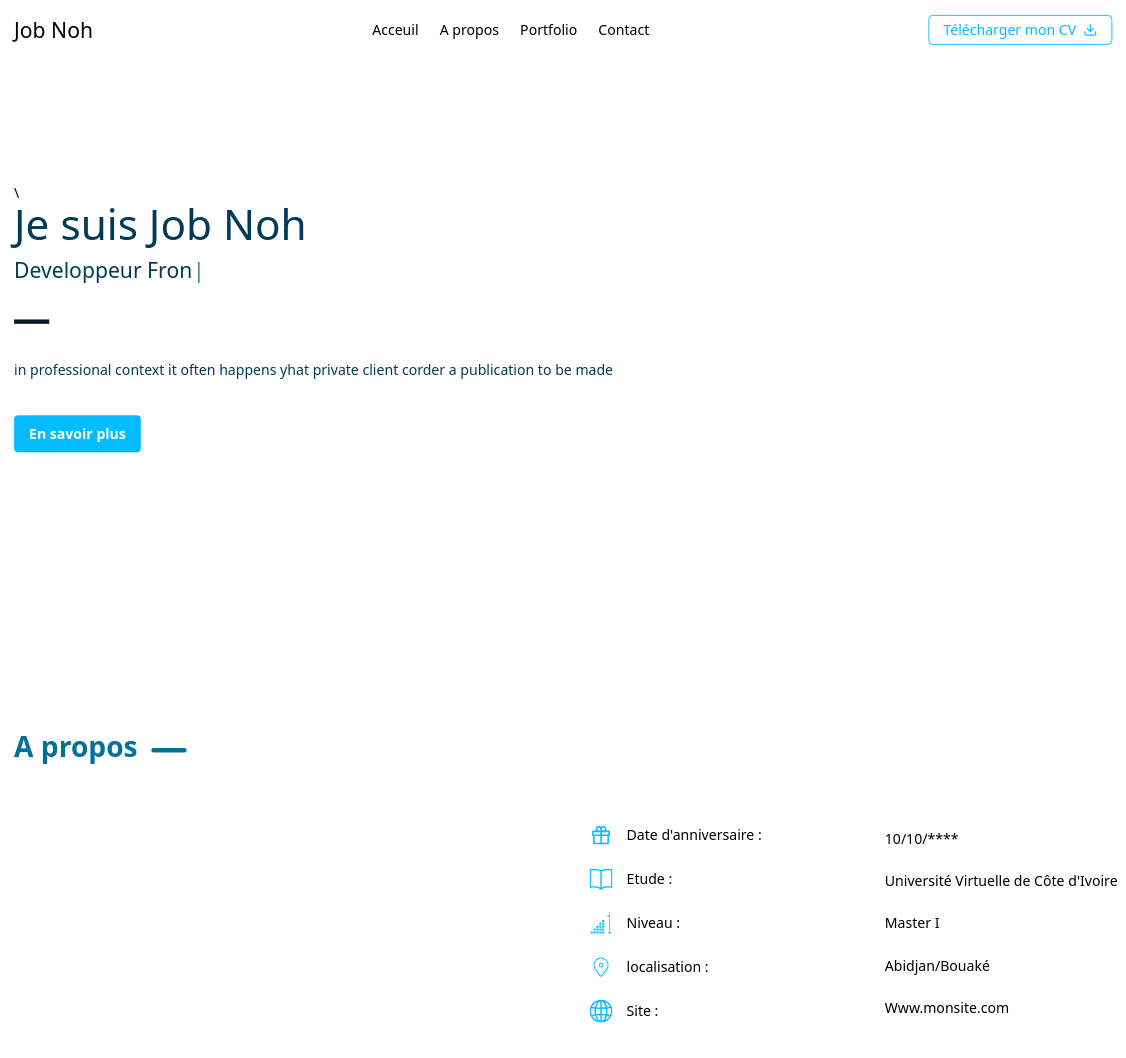
Repository: anoy1010/Nextportfolio
Page: /
An editor plug-in stored every save of this project. The page is shown before and after the next save, followed by the edit.
The browser window is 1280 px wide. The pictures show the whole page, at 88% of full size.
Backgrounds fixed to the window are drawn as part of the page. The project was rebuilt for these pictures with package versions that can differ from the ones it lists, and the page was loaded fresh each time. The framework's server and built-in components were replaced by stand-ins that run in the browser. Also part of the build but not shown: next.config.js, styles/Home.module.css.

Above is the page before, as saved 2023-03-06 17:54:14.

### pages/index.js
import Head from 'next/head'
import Image from 'next/image'
import { Inter } from '@next/font/google'
import styles from '../styles/Home.module.css'
import Navbar from '../components/Navbar'
import Hero from '../components/Hero'
import About from '../components/About'
const inter = Inter({ subsets: ['latin'] })

export default function Home() {
  return (
    <>
      <Head>
        <title>Portfolio | Noh Job</title>
        <meta name="description" content="Generated by create next app" />
        <meta name="viewport" content="width=device-width, initial-scale=1" />
        <link rel="icon" href="/favicon.ico" />
      </Head>

      <header>
        < Navbar />
      </header>

      <main>
        <Hero />
        <About/>
      </main>

    </>
  )
}

### styles/globals.css
@tailwind base;
@tailwind components;
@tailwind utilities;

@layer components {
  .btn{
    @apply bg-[#04bbff] text-white py-2 px-4 rounded inline-block mt-10 font-bold border border-[#04bbff] hover:bg-transparent hover:text-[#04bbff] transition duration-200
  }
}

### components/Navbar.js
import Link from 'next/link'
import React from 'react'
import {FiDownload} from 'react-icons/fi'
import {RiMenu5Line} from 'react-icons/ri'

const Navbar = () => {
  return (
    <div className='bg-white fixed top-0 w-[100%] z-10 '>
        <div className='container mx-auto flex justify-between items-center py-4 px-4'>
            <div className='text-[24px]'>Job Noh</div>

            <div className='hidden md:flex gap-6'>

                <Link href='/Acceuil' className='hover:text-[#04bbff]'>
                    Acceuil
                </Link>
                <Link href='/A propos' className='hover:text-[#04bbff]' >
                    A propos
                </Link>
                <Link href='/Portfolio' className='hover:text-[#04bbff]'>
                    Portfolio
                </Link>
                <Link href='/Contact' className='hover:text-[#04bbff]'>
                    Contact
                </Link>



            </div>

            <a href='#' className='hidden  md:flex border border-[#04bbff] px-4 py-1 text-[#04bbff] rounded-[5px] items-center gap-2 hover:bg-[#04bbff] hover:text-white transition duration-200 '>
                Télécharger mon CV
                <FiDownload/>
                </a>

            <div className='md:hidden text-[24px] '>
                <RiMenu5Line/>
            </div>
        </div>
    </div>
  )
}

export default Navbar

### components/Hero.js
import React from 'react'

import Typewriter, { TypewriterClass } from "typewriter-effect"
import Button from '../components/Button'

const Hero = () => {
  return (
    <div className='bg-[url("")] h-screen bg-cover bg-center bg-fixed flex items-center'>
        <div className='container mx-auto px-4'>\
            <div className='max-x-[450px] text-[#003c57] flex flex-col gap-[40px]'>
                <div>
                    <h1 className='text-5xl'>
                        Je suis Job Noh
                    </h1>
                    <h4 className=' text-2xl mt-3'>
                        <Typewriter
                            options = {{
                                strings: [
                                    "Developpeur Front-end",
                                    "Developpeur Back-end",
                                    "Analyste de donnée",
                                    "Chef de projet",
                                    "Graphic designer",
                                    "Developpeur mobile"
                                ],
                                changeDelay:3,
                                changeDeleteSpeed:2,
                                autoStart:true,
                                loop:true,
                            }}
                        />
                    </h4>
                </div>

                <div className='bg-[#051c24] h-[5px] w-[40px] '>
                </div>

                <div>
                    <p>
                    in professional context it often happens yhat private client
                    corder a publication to be made
                    </p>
                    <Button link="#" text="En savoir plus" />
                </div>

            </div>

        </div>
    </div>
  )
}

export default Hero

### components/About.js
import React from 'react'
import Heading from './Heading'


import {AiOutlineGift} from 'react-icons/ai'
import {TfiBook} from 'react-icons/tfi'
import {SlGlobe} from 'react-icons/sl'
import {CiLocationOn} from 'react-icons/ci'
import {GiLevelEndFlag} from 'react-icons/gi'

const About = () => {
  return (
    <section className='container mx-auto py-10 px-4'>

        <Heading title="A propos"/>

        <div className='grid grid-cols-1 md:grid-cols-2 gap-[60px]'>

            <div>
                <img className='w-[400px]' src="/" alt="" />
            </div>
            <div>
                <div className='flex items-center justify-between w-[600px]'>
                    <div className='flex flex-col gap-6'>

                        <div className='flex gap-4 items-center font-medium '>
                            <AiOutlineGift className='text-[#04bbff] text-[26px]' />
                            Date d'anniversaire :
                        </div>
                        <div className='flex gap-4 items-center font-medium '>
                            <TfiBook className='text-[#04bbff] text-[26px]' />
                            Etude :
                        </div>
                        <div className='flex gap-4 items-center font-medium '>
                            <GiLevelEndFlag className='text-[#04bbff] text-[26px]' />
                            Niveau :
                        </div>
                        <div className='flex gap-4 items-center font-medium '>
                            <CiLocationOn className='text-[#04bbff] text-[26px]' />
                            localisation :
                        </div>
                        <div className='flex gap-4 items-center font-medium '>
                            <SlGlobe className='text-[#04bbff] text-[26px]' />
                            Site :
                        </div>

                    </div>



                    <div className='flex flex-col gap-6 text-[#051c24]-600'>
                        <div>10/10/****</div>
                        <div>Université Virtuelle de Côte d'Ivoire</div>
                        <div>Master I</div>
                        <div>Abidjan/Bouaké</div>
                        <div>Www.monsite.com</div>


                    </div>

                </div>
            </div>
        </div>

    </section>
  )
}

export default About

### components/Button.js
import React from 'react'

const Button = ({text, link}) => {
  return (
    <a href={link}className='btn'>{text}</a>
  )
}

export default Button

### components/Heading.js
import React from 'react'

const Heading = ({title}) => {
  return (
    <div className='text-[#007198] text-[32px] font-bold flex items-center gap-4 py-16'>
        {title}
        <div className='bg-[#007198] h-[5px] w-[40px] translate-y-1 rounded'></div>
    </div>
  )
}

export default Heading

Loaded but not shown: pages/_app.js (common file); pages/_document.js (common file); tailwind.config.js (common file)

After the next save:
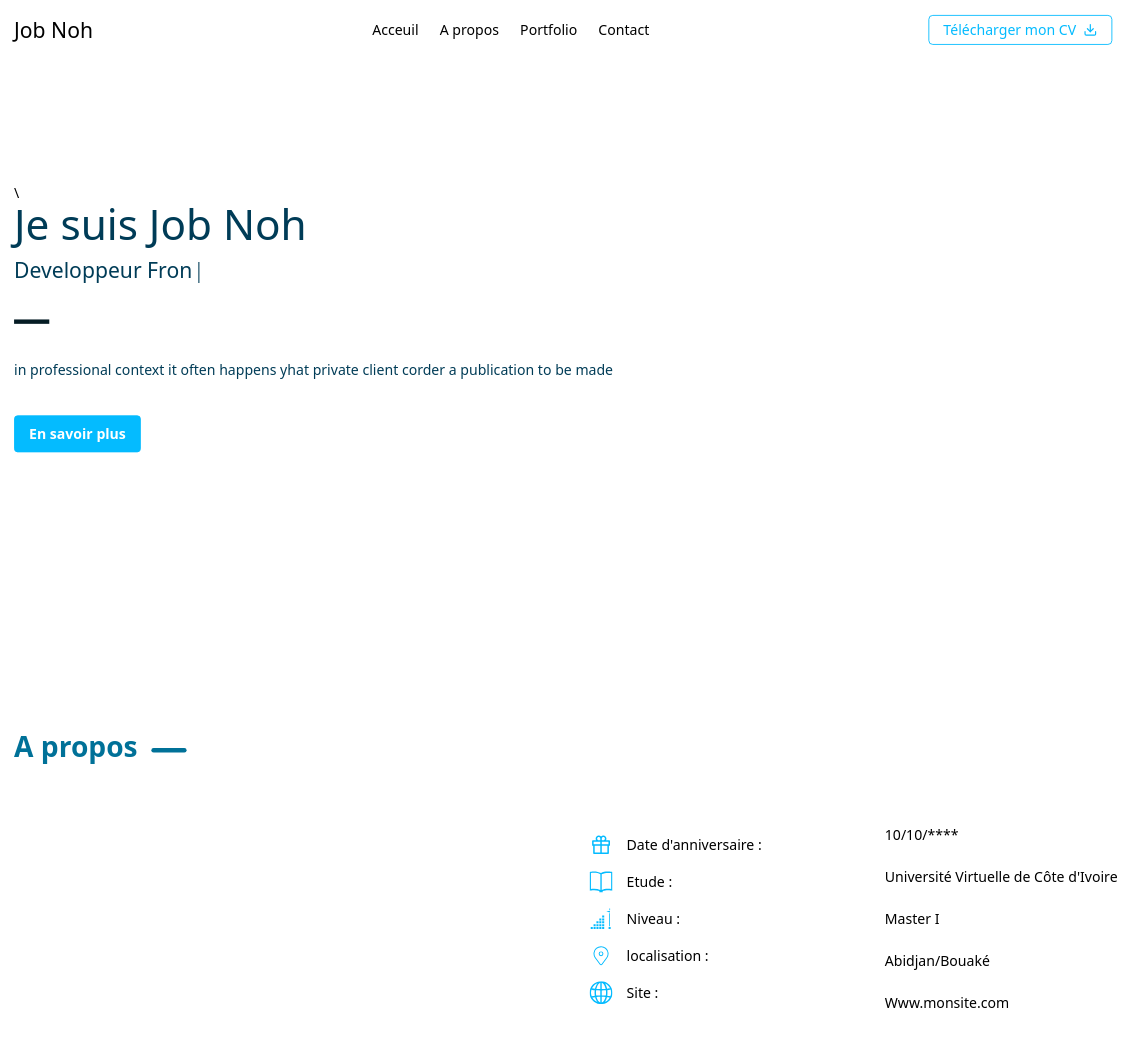
Saved 12 s later.
--- a/components/About.js
+++ b/components/About.js
@@ -21,7 +21,7 @@ const About = () => {
             </div>
             <div>
                 <div className='flex items-center justify-between w-[600px]'>
-                    <div className='flex flex-col gap-6'>
+                    <div className='flex flex-col gap-4'>
 
                         <div className='flex gap-4 items-center font-medium '>
                             <AiOutlineGift className='text-[#04bbff] text-[26px]' />
